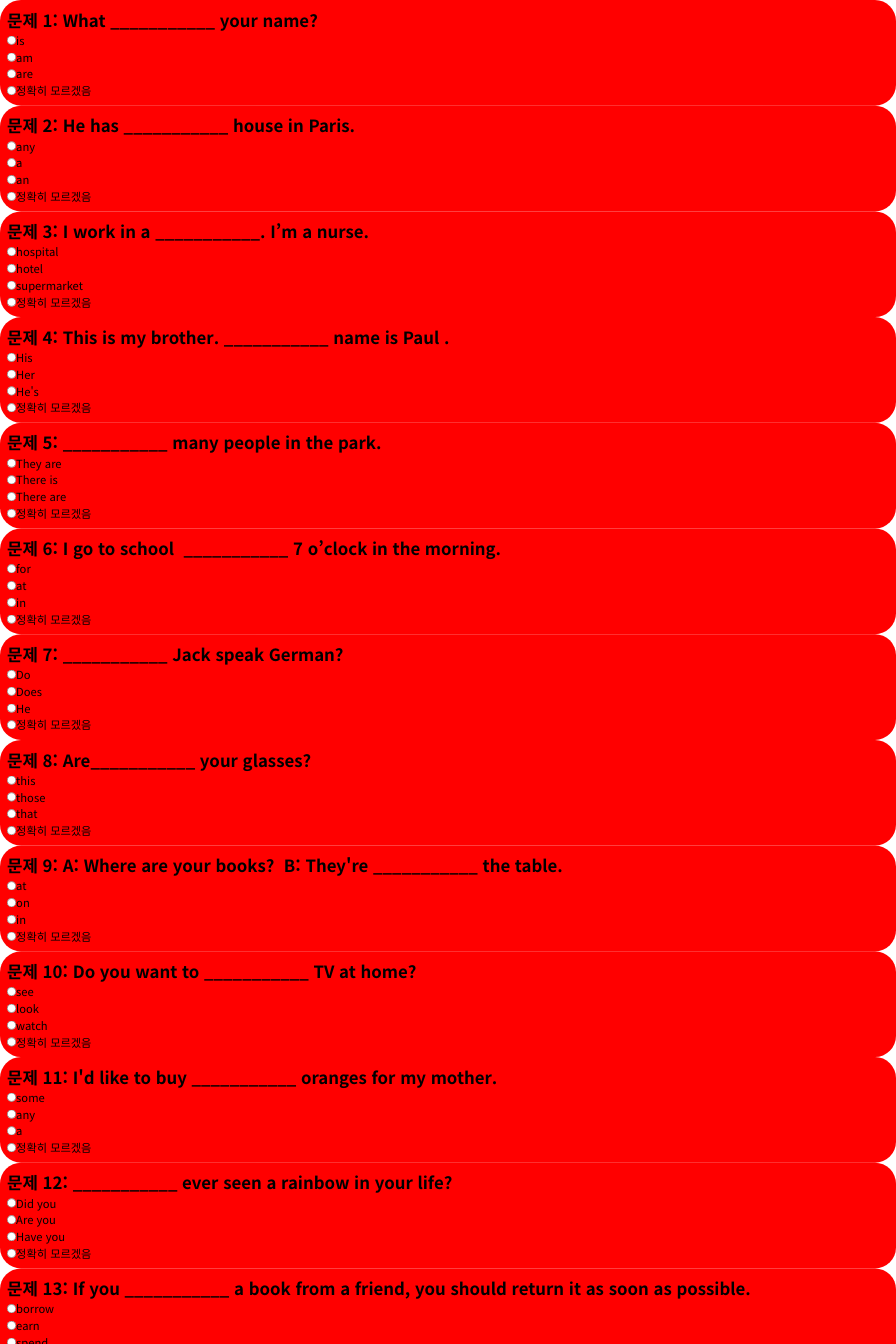
Repository: kmdy7991/Project-TeddyBear
Page: /cefrtest (app in project/)
These files come from the project's save history. The page is drawn as it stood at one moment and after the next save; the edit follows.
The browser window is 1280 px wide. The pictures show the part of the page from y = 0 to 1920 px (the page is 8407 px tall), at 70% of full size.
Some web libraries are served in a nearby version. The project was rebuilt for these pictures with package versions that can differ from the ones it lists, and the page was loaded fresh each time. Also part of the build but not shown: project/src/pages/Login/Login.tsx, project/src/pages/Login/TestGuide.module.css, project/src/pages/Login/TestGuide.tsx, project/src/pages/Login/profil.module.css, project/src/pages/Login/Profil.tsx, project/src/pages/Login/CefrScore.tsx, project/src/components/Nav/Nav.module.css, project/src/components/Nav/Nav.tsx and 37 more.

Above is the page before, as saved 2024-03-25 06:27:37.

After the next save:
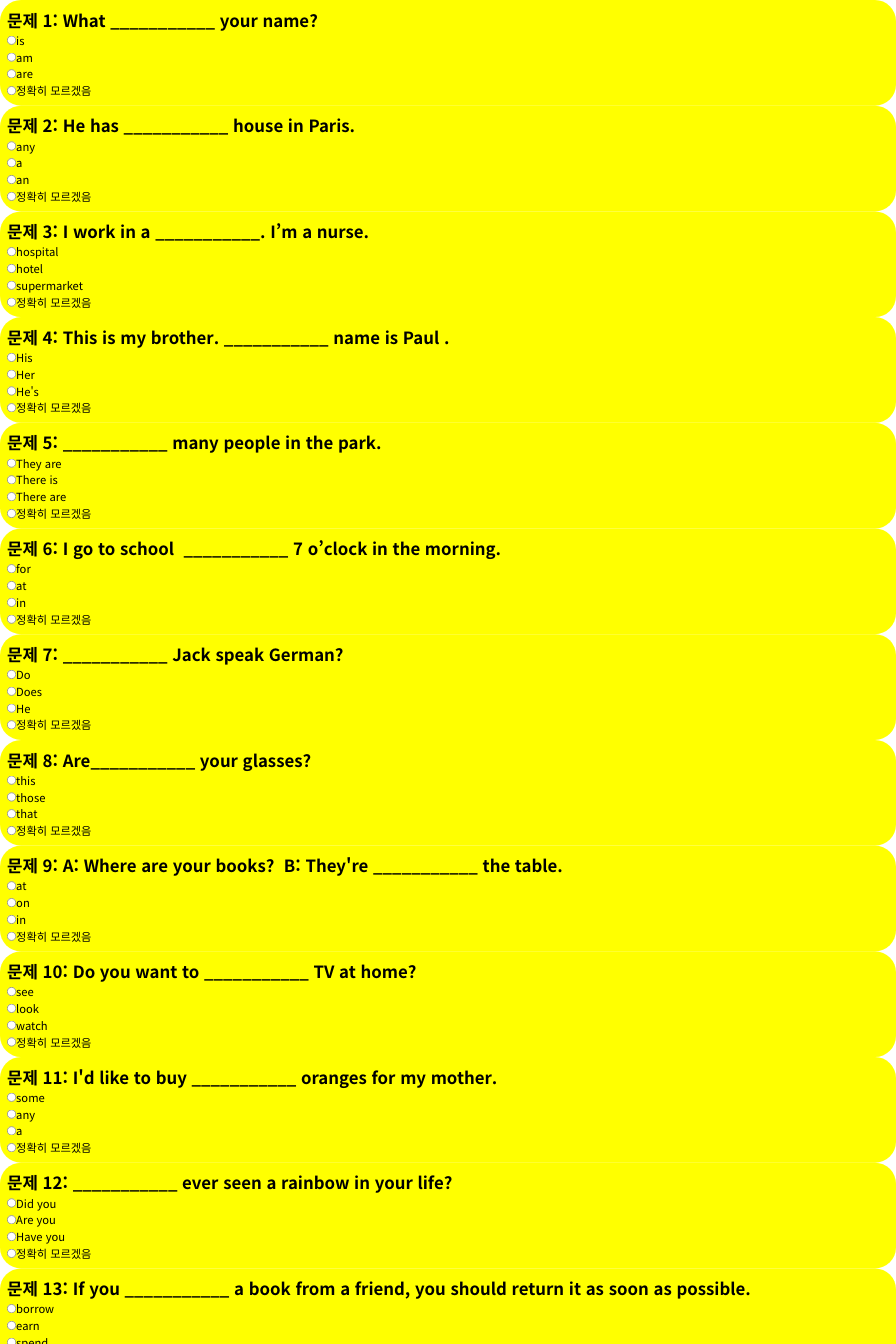
Saved 8 s later.
--- a/project/src/pages/Login/CefrTest.module.css
+++ b/project/src/pages/Login/CefrTest.module.css
@@ -2,5 +2,5 @@
     border: 2px black;
     border-radius: 30px;
     padding: 10px;
-    background-color: red;
+    background-color: yellow;
 }
